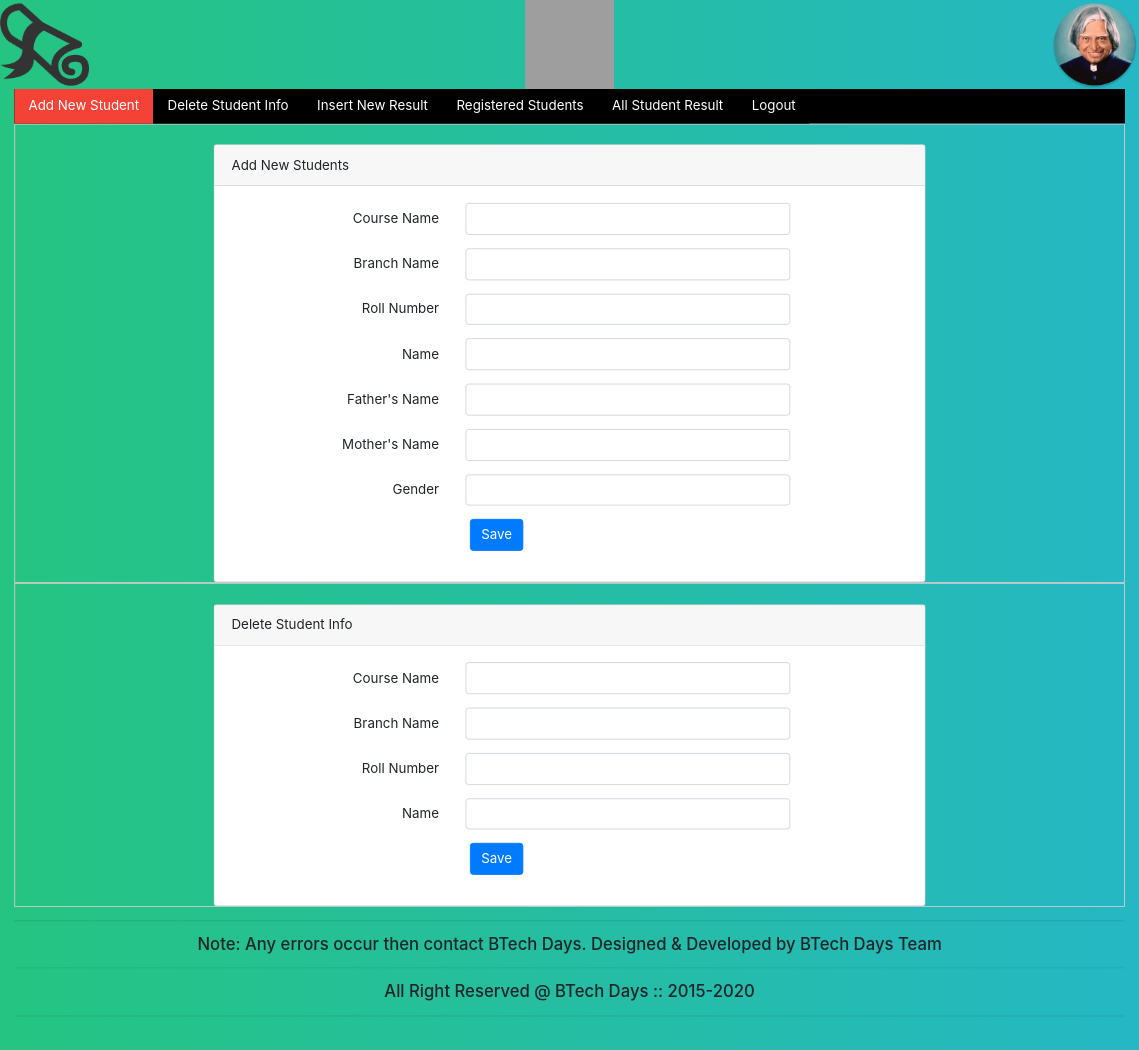
Repository: AlkaDas991/Dbms
Page: http://localhost/Student_Record_Management/adminHome.jsp
An editor plug-in stored every save of this project. The page is shown before and after the next save, followed by the edit.
The browser window is 1280 px wide. The pictures show the whole page, at 89% of full size.
Pictures or frames that could not be fetched are drawn as grey boxes. Some web fonts or font styles are not loaded; a fallback is used. Some web libraries are served in a nearby version. The page is served by Tomcat 9. Queries for data that is not in the repository find no rows.

Above is the page before, as saved 2021-03-12 13:22:13.
Console error: TypeError: Cannot read properties of undefined (reading 'fn')

After the next save:
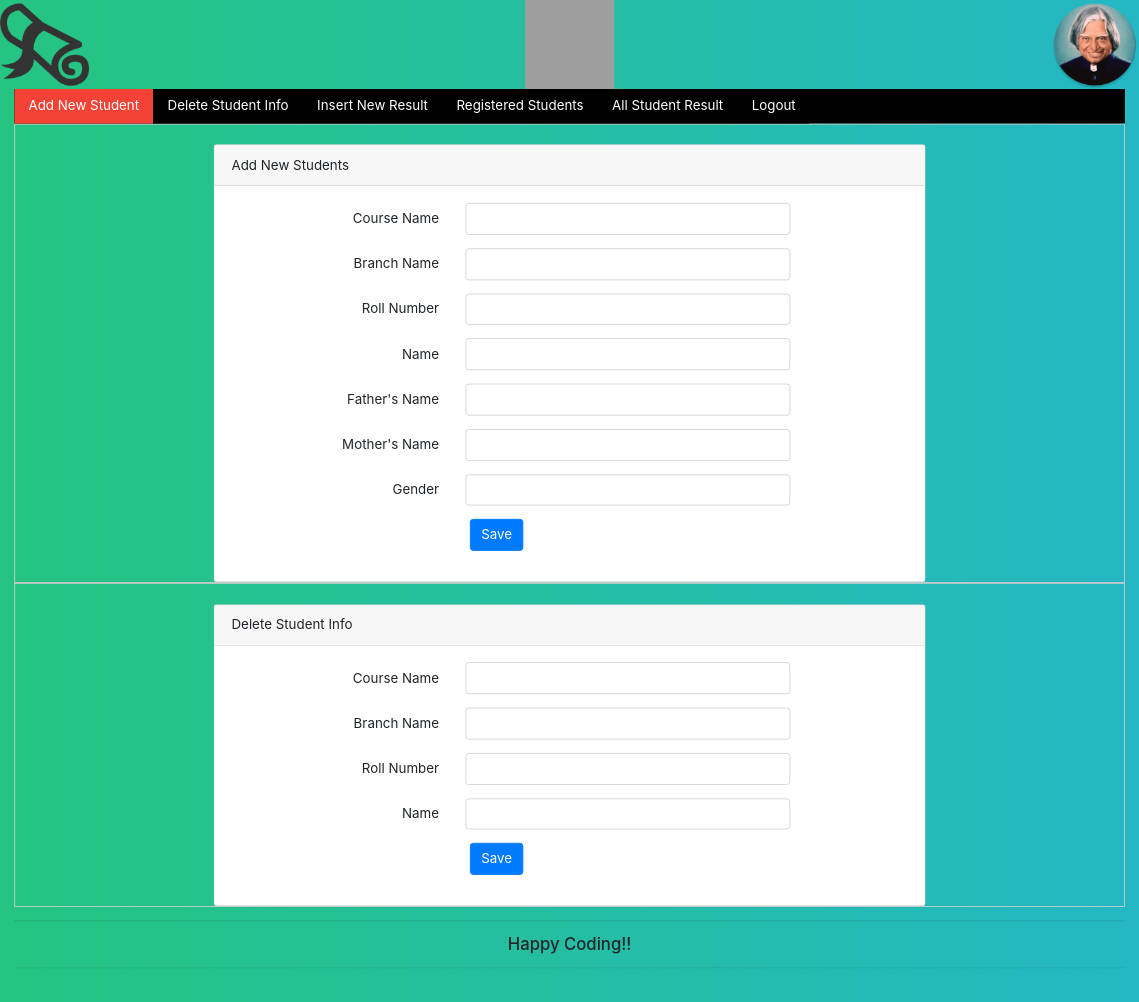
Saved 2 min 46 s later.
--- a/Student Record Management/WebContent/adminHome.jsp
+++ b/Student Record Management/WebContent/adminHome.jsp
@@ -410,10 +410,7 @@
 
 </div>
     <hr class="new1">
-  <center><h5>Note: Any errors occur then contact BTech Days.
-Designed & Developed by BTech Days Team</h5></center>
-  <hr class="new1">
-<center><h5>All Right Reserved @ BTech Days :: 2015-2020</h5></center>
+  <center><h5>Happy Coding!!</h5></center>
   <hr class="new1">
 <br>
 </body>
